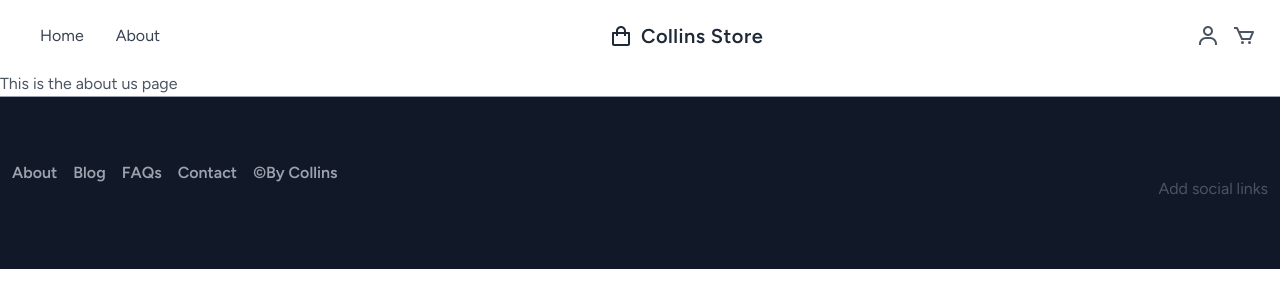
Repository: Collins145/e-commerce-website
Page: http://localhost/about
The author's editor kept a copy of each file at every save. The page is drawn from the files as they stood at one save, then again after the next save.
The browser window is 1280 px wide. The pictures show the whole page.
The page is served by the project's Laravel application, run on PHP 8.4 with Laravel 10. Style sheets and scripts are compiled from the project's sources, by tool versions that may differ from the author's.

Above is the page before, as saved 2023-06-17 15:22:44.

After the next save:
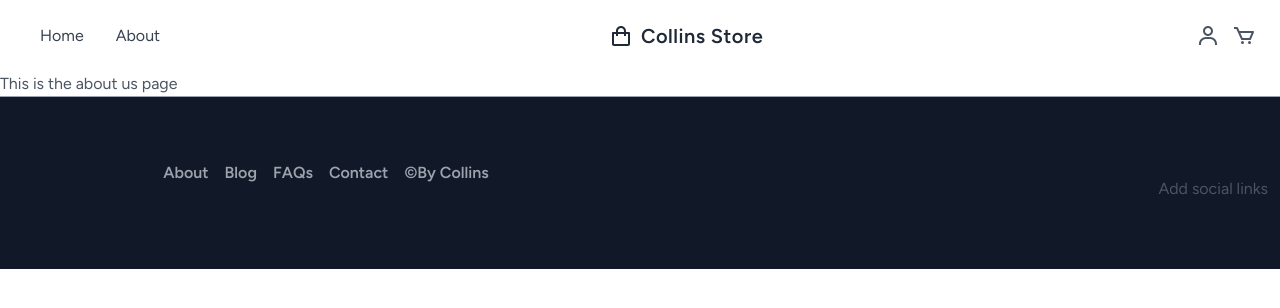
Saved 82 s later.
--- a/resources/views/components/site/footer.blade.php
+++ b/resources/views/components/site/footer.blade.php
@@ -2,7 +2,7 @@
         <div class="flex px-3 py-8 ">
             <div class="w-full mx-auto flex flex-wrap">
                 <div class="flex w-full lg:w-1/2 ">
-                    <div class="flex  gap-4 px-3 md:px-0">
+                    <div class="flex mx-auto gap-4 px-3 md:px-0">
                         <h3 class="font-bold text-gray-400">About</h3>
                         <h3 class="font-bold text-gray-400">Blog</h3>
                         <h3 class="font-bold text-gray-400">FAQs</h3>

After the save that followed:
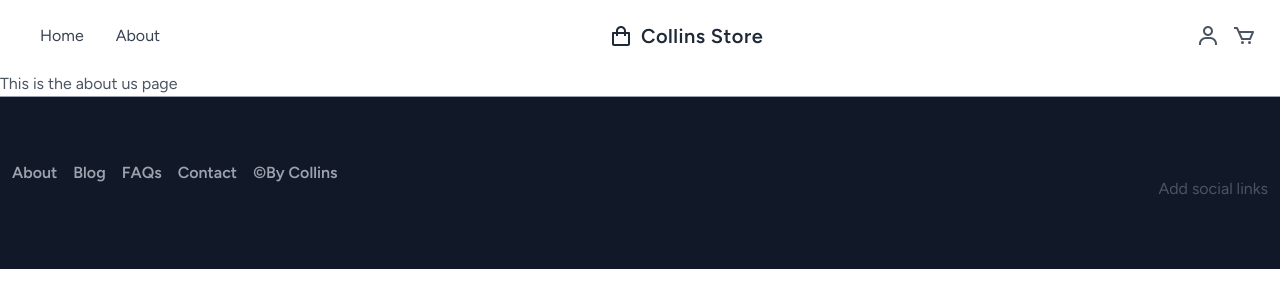
Saved 2 min 6 s later.
--- a/resources/views/components/site/footer.blade.php
+++ b/resources/views/components/site/footer.blade.php
@@ -2,7 +2,7 @@
         <div class="flex px-3 py-8 ">
             <div class="w-full mx-auto flex flex-wrap">
                 <div class="flex w-full lg:w-1/2 ">
-                    <div class="flex mx-auto gap-4 px-3 md:px-0">
+                    <div class="flex gap-4 px-3 md:px-0">
                         <h3 class="font-bold text-gray-400">About</h3>
                         <h3 class="font-bold text-gray-400">Blog</h3>
                         <h3 class="font-bold text-gray-400">FAQs</h3>
